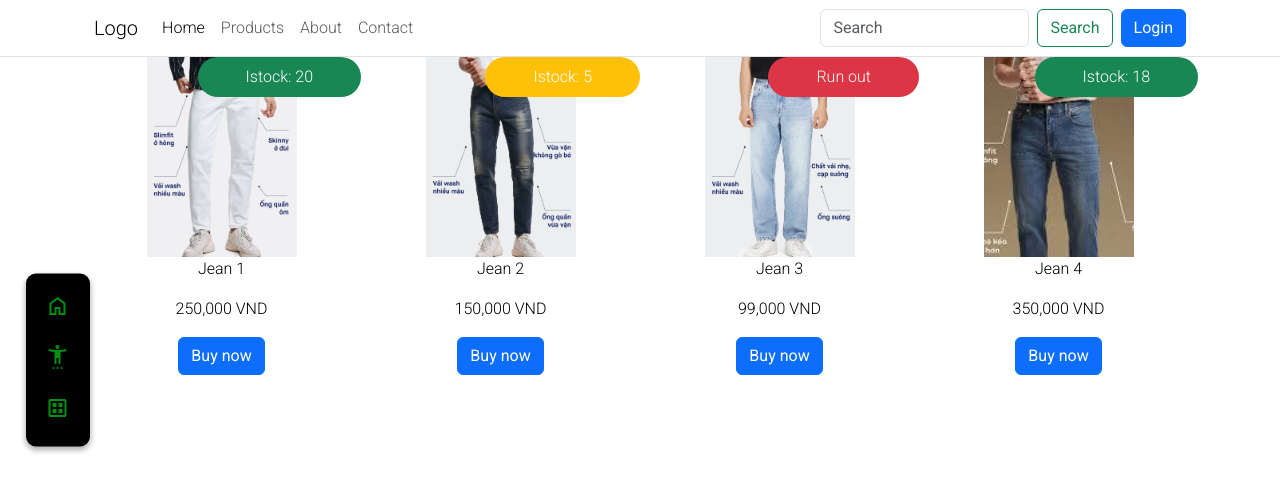
Repository: tuankiet10920/homeworkFEF
Page: /about
The author's editor kept a copy of each file at every save. The page is drawn from the files as they stood at one save, then again after the next save.
The browser window is 1280 px wide. The pictures show the whole page.
The project was rebuilt for these pictures with package versions that can differ from the ones it lists, and the page was loaded fresh each time. Also part of the build but not shown: vite.config.js, src/views/HomeView.vue. Imported but missing from the stored project, and not drawn on this page: src/assets/audio/intro.mp3.

Above is the page before, as saved 2024-11-11 00:07:14.

### index.html
<!doctype html>
<html lang="en">
  <head>
    <meta charset="UTF-8" />
    <link rel="icon" href="/favicon.ico" />
    <meta name="viewport" content="width=device-width, initial-scale=1.0" />
    <link
      href="https://cdn.jsdelivr.net/npm/bootstrap@5.3.3/dist/css/bootstrap.min.css"
      rel="stylesheet"
      integrity="sha384-QWTKZyjpPEjISv5WaRU9OFeRpok6YctnYmDr5pNlyT2bRjXh0JMhjY6hW+ALEwIH"
      crossorigin="anonymous"
    />
    <link
      rel="stylesheet"
      href="https://fonts.googleapis.com/css2?family=Material+Symbols+Outlined:opsz,wght,FILL,GRAD@20..48,100..700,0..1,-50..200"
    />
    <link rel="preconnect" href="https://fonts.googleapis.com" />
    <link rel="preconnect" href="https://fonts.gstatic.com" crossorigin />
    <link
      href="https://fonts.googleapis.com/css2?family=Roboto:ital,wght@0,100;0,300;0,400;0,500;0,700;0,900;1,100;1,300;1,400;1,500;1,700;1,900&display=swap"
      rel="stylesheet"
    />
    <title>Vite App</title>
    <link rel="stylesheet" href="./src/assets/css/main.css" />
  </head>
  <body>
    <div id="app"></div>
    <script
      src="https://cdn.jsdelivr.net/npm/bootstrap@5.3.3/dist/js/bootstrap.bundle.min.js"
      integrity="sha384-YvpcrYf0tY3lHB60NNkmXc5s9fDVZLESaAA55NDzOxhy9GkcIdslK1eN7N6jIeHz"
      crossorigin="anonymous"
    ></script>
    <script type="module" src="/src/main.js"></script>
  </body>
</html>

### src/assets/css/main.css
* {
  margin: 0;
  padding: 0;
  box-sizing: border-box;
  text-decoration: none;
  color: #000;
  font-size: 16px;
  font-family: 'Roboto', sans-serif;
  font-weight: 300;
  font-style: normal;
}

### src/App.vue
<script setup>
import { RouterLink, RouterView } from 'vue-router'
import GetSrcImage from './assets/help/getSrcImage.js'
import Icon from './components/Icon.vue'
</script>

<template>
  <header>
    <div class="wrapper">
      <nav>
        <RouterLink to="/">
          <Icon iconName="home" />
        </RouterLink>

        <RouterLink to="/about">
          <Icon iconName="settings_accessibility" />
        </RouterLink>

        <RouterLink to="/labs">
          <Icon iconName="dataset" />
        </RouterLink>
      </nav>
    </div>
  </header>
  <RouterView />
</template>

<style scoped>
.wrapper nav a {
  margin-bottom: 20px;
  width: fit-content;
  text-decoration: none;
}
.wrapper nav a span {
  color: #009011;
}
.wrapper nav a:last-child {
  margin-bottom: 0;
}
nav {
  display: flex;
  flex-direction: column;
  justify-content: center;
  position: absolute;
  top: 50%;
  left: 2%;
  transform: translateY(-50%);
  padding: 20px;
  border-radius: 10px;
  background: #000;
  box-shadow:
    rgba(0, 0, 0, 0.16) 0px 3px 6px,
    rgba(0, 0, 0, 0.23) 0px 3px 6px;
}
</style>

### src/router/index.js
import { createRouter, createWebHistory } from 'vue-router'
import HomeView from '../views/HomeView.vue'

const router = createRouter({
  history: createWebHistory(import.meta.env.BASE_URL),
  routes: [
    {
      path: '/',
      name: 'home',
      component: HomeView,
    },
    {
      path: '/about',
      name: 'about',
      // route level code-splitting
      // this generates a separate chunk (About.[hash].js) for this route
      // which is lazy-loaded when the route is visited.
      component: () => import('../views/AboutView.vue'),
    },
    {
      path: '/labs',
      name: 'labs',
      component: () => import('../views/LabView.vue'),
    }
  ],
})

export default router

### src/assets/help/getSrcImage.js
const getSrcImage = (image) => {
    let __path = 'http://localhost:5173/src/assets/img/'
    return __path + image
}
export default getSrcImage

### src/components/Icon.vue
<script setup>
const props = defineProps(['iconName'])
</script>
<template>
  <span class="material-symbols-outlined"> {{ props.iconName }} </span>
</template>
<style scoped></style>

### src/views/AboutView.vue
<script setup>
import Bai5 from '../Labs/Lab1/Bai5.vue'
</script>
<template>
  <Bai5 />
</template>

<style></style>

### src/Labs/Lab1/Bai5.vue
<script setup>
import { ref } from 'vue'
const products = ref([
  {
    name: 'Jean 1',
    price: 250000,
    istock: 20,
    image: 'jean1.webp',
  },
  {
    name: 'Jean 2',
    price: 150000,
    istock: 5,
    image: 'jean2.webp',
  },
  {
    name: 'Jean 3',
    price: 99000,
    istock: 0,
    image: 'jean3.webp',
  },
  {
    name: 'Jean 4',
    price: 350000,
    istock: 18,
    image: 'jean4.jpg',
  },
])
</script>
<template>
  <header class="border-bottom">
    <div class="container">
      <nav class="navbar navbar-expand-lg">
        <div class="container-fluid">
          <a class="navbar-brand" href="#">Logo</a>
          <button
            class="navbar-toggler"
            type="button"
            data-bs-toggle="collapse"
            data-bs-target="#navbarSupportedContent"
            aria-controls="navbarSupportedContent"
            aria-expanded="false"
            aria-label="Toggle navigation"
          >
            <span class="navbar-toggler-icon"></span>
          </button>
          <div class="collapse navbar-collapse" id="navbarSupportedContent">
            <ul class="navbar-nav me-auto mb-2 mb-lg-0">
              <li class="nav-item">
                <a class="nav-link active" aria-current="page" href="#">Home</a>
              </li>
              <li class="nav-item">
                <a class="nav-link" href="#">Products</a>
              </li>
              <li class="nav-item">
                <a class="nav-link" href="#">About</a>
              </li>
              <li class="nav-item">
                <a class="nav-link" href="#">Contact</a>
              </li>
            </ul>
            <form class="d-flex" role="search">
              <input
                class="form-control me-2"
                type="search"
                placeholder="Search"
                aria-label="Search"
              />
              <button class="btn btn-outline-success" type="submit">
                Search
              </button>
            </form>
            <div
              class="auth d-flex align-items-center ms-2"
              style="height: 100%"
            >
              <button class="btn btn-primary text-white mb-0">Login</button>
            </div>
          </div>
        </div>
      </nav>
    </div>
  </header>
  <div class="products">
    <div class="container">
      <div class="container text-center">
        <div class="row">
          <div
            class="col col-12 col-sm-6 col-md-4 col-lg-3 col-xs-3 mb-4 text-center position-relative"
            style="transition: all 0.3s ease-in-out"
            v-for="product in products"
          >
            <img
              :src="`images/${product.image}`"
              style="width: 150px; height: 200px; object-fit: cover"
              alt="..."
            />
            <div class="card-body">
              <p>{{ product.name }}</p>
              <p>{{ product.price.toLocaleString() }} VND</p>
              <p
                v-if="product.istock > 10"
                class="bg-success px-5 py-2 text-white rounded-pill istock fs-6"
                style="width: fit-content"
              >
                Istock: {{ product.istock }}
              </p>
              <p
                v-else-if="product.istock > 0"
                class="bg-warning px-5 py-2 text-white rounded-pill istock fs-6"
                style="width: fit-content"
              >
                Istock: {{ product.istock }}
              </p>
              <p
                v-else
                class="bg-danger px-5 py-2 text-white rounded-pill istock fs-6"
                style="width: fit-content"
              >
                Run out
              </p>
              <a href="#" class="btn btn-primary">Buy now</a>
            </div>
          </div>
        </div>
      </div>
    </div>
  </div>
</template>
<style scoped>
@media (max-width: 576px) {
  .container,
  .container-sm {
    max-width: 100%;
  }
}
.istock {
  position: absolute;
  top: 0;
  right: 0;
}
</style>

Loaded but not shown: src/main.js (common file)

After the next save:
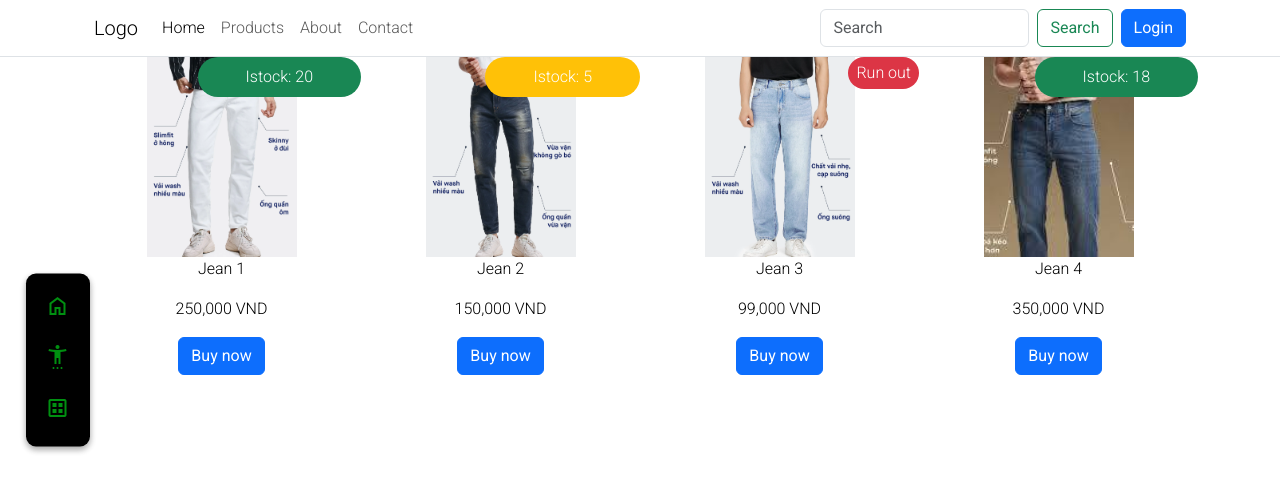
Saved 17 s later.
--- a/src/Labs/Lab1/Bai5.vue
+++ b/src/Labs/Lab1/Bai5.vue
@@ -114,7 +114,7 @@ const products = ref([
               </p>
               <p
                 v-else
-                class="bg-danger px-5 py-2 text-white rounded-pill istock fs-6"
+                class="bg-danger px-2 py-1 text-white rounded-pill istock fs-6"
                 style="width: fit-content"
               >
                 Run out
